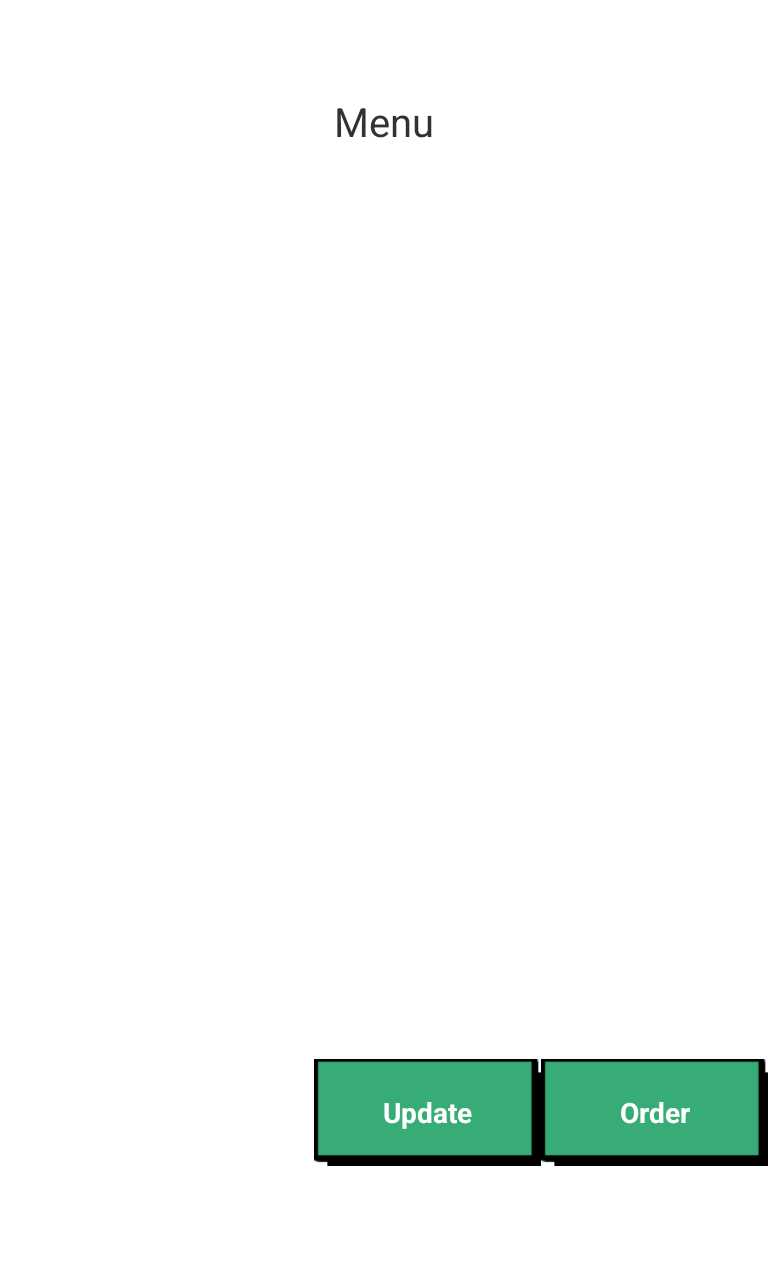
Repository: VanThi/Smart_Order
Layout: Project OS/Project_SO/res/layout/menu_item.xml
These files come from the project's save history. The layout is drawn as it stood at one moment and after the next save; the edit follows.
It is drawn on a 768 x 1280 px phone screen (xhdpi) without system bars, with theme AppTheme; the app's code is not run. Lists and similar views that code fills are empty.

Above is the layout before, as saved 2013-11-09 12:56:21.

After the next save:
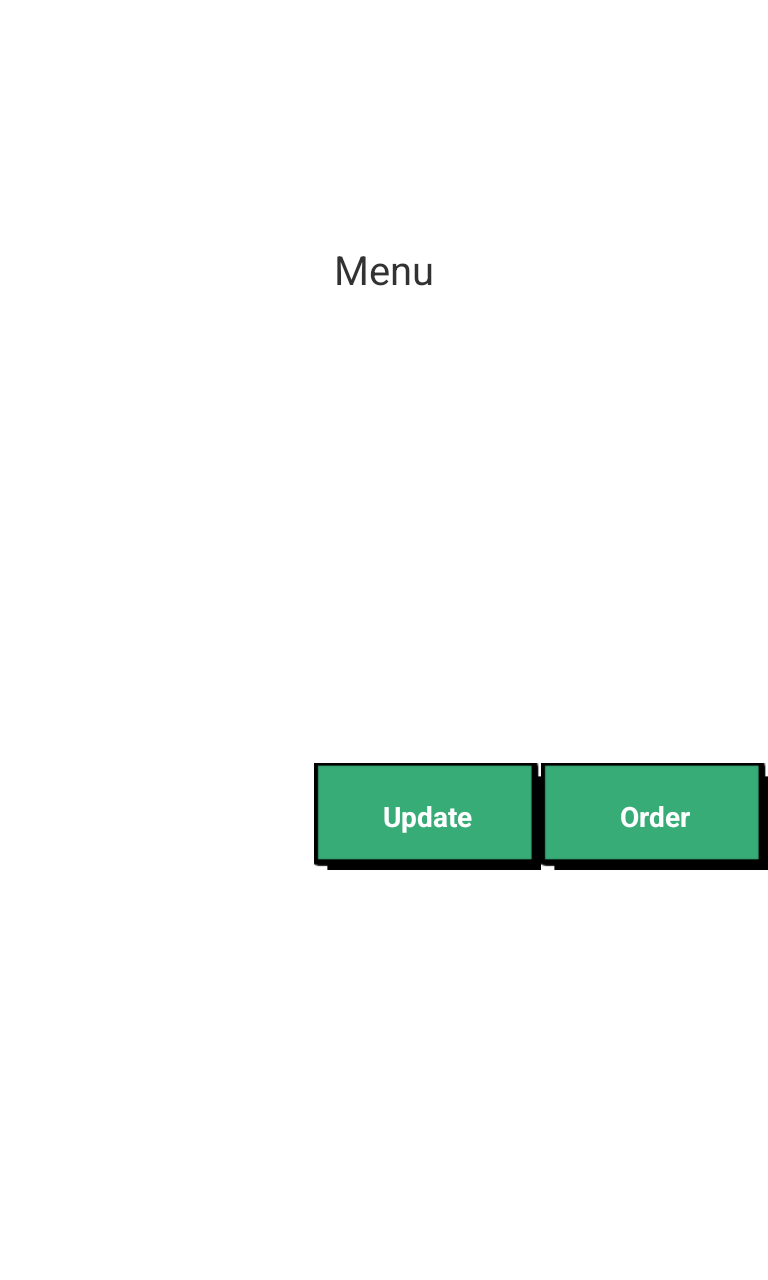
Saved 22 s later.
--- a/Project OS/Project_SO/res/layout/menu_item.xml
+++ b/Project OS/Project_SO/res/layout/menu_item.xml
@@ -21,7 +21,7 @@
         android:id="@+id/menu_item"
         android:layout_width="wrap_content"
         android:layout_height="wrap_content"
-        android:layout_weight="14" >
+        android:layout_weight="1" >
     </ListView>
 
     <TextView
